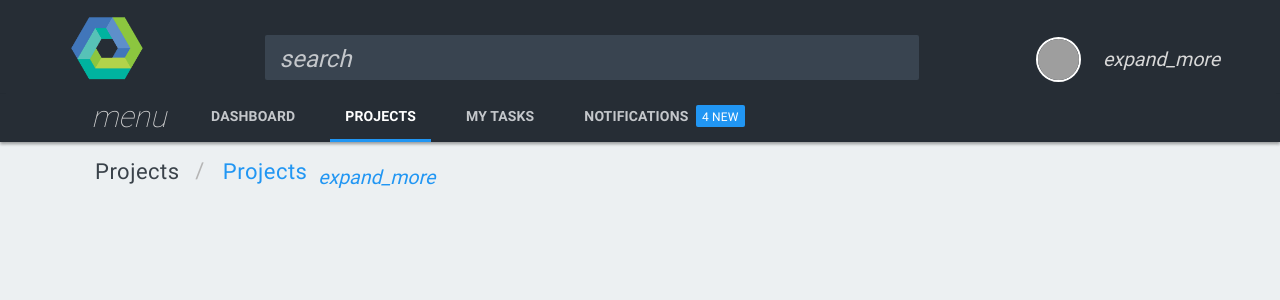
Repository: RenanChagas/ProjectManagement
Page: http://localhost/finalproject/WEB-INF/views/projectCreate.jsp
These files come from the project's save history. The page is drawn as it stood at one moment and after the next save; the edit follows.
The browser window is 1280 px wide. The pictures show the whole page.
Pictures or frames that could not be fetched are drawn as grey boxes. The page is served by Tomcat 9. Nobody is signed in. Other server files are loaded and not shown. The template is opened directly, without the code that normally fills it, so the values that code supplies are empty.

Above is the page before, as saved 2017-09-09 19:37:53.

### finalproject/src/main/webapp/WEB-INF/views/projectCreate.jsp
<%@ page language="java" contentType="text/html; charset=ISO-8859-1" pageEncoding="ISO-8859-1"%>
<%@ taglib prefix="c" uri="http://java.sun.com/jsp/jstl/core"%>
<%@ taglib prefix="form" uri="http://www.springframework.org/tags/form"%>
<%@ taglib prefix="t" uri="http://www.springframework.org/tags"%>
<%@ taglib prefix="fmt" uri="http://java.sun.com/jsp/jstl/fmt" %>

<!DOCTYPE html>
<html lang="en">
<head>
  <meta http-equiv="Content-Type" content="text/html; charset=UTF-8"/>
  <meta name="viewport" content="width=device-width, initial-scale=1, maximum-scale=1.0"/>
  <title>Project Management</title>

  <!-- CSS  -->
  <link href="https://fonts.googleapis.com/icon?family=Material+Icons" rel="stylesheet">
  <link type="text/css" rel="stylesheet" media="screen,projection" href="<c:url value='/static/css/materialize.css' />"/>
  <link type="text/css" rel="stylesheet" media="screen,projection" href="<c:url value='/static/css/custom-css.css' />"/>

  <!--  Scripts-->
  <script src="<c:url value="/static/js/jquery-2.1.1.min.js" />"></script>
  <script src="<c:url value="/static/js/materialize.js" />"></script>
  <script src="<c:url value="/static/js/menu.js" />"></script>

  <!-- Website Logo -->
  <link rel="icon" href="<c:url value="/static/images/default/logo.png"/>">

  <script>
    $(document).ready(function(){
      $('.modal').modal();
    });

  </script>

</head>
<body>

	<!-- NAV TOP  -->
	<nav id="logo_nav" class="MDC-navbar-style MDC-shadow-0 hide-on-small-and-down">
    	<div class="nav-wrapper MDC-nav-margin">
    		<!--  NAV CONTAINER -->
      		<div class="row MDC-nav-top-container ">

        	<!-- Logo -->
        	<div class="col s12 m3 l2">
          		<div class="MDC-nav-logo-position">
          			<img src="<c:url value="/static/images/default/logo.png"/>" class="MDC-nav-logo-size"/>
          		</div>
        	</div>

        	<!-- Search -->
        	<div class="col s12 m7 l7">
          		<div class="MDC-nav-search-position">
            	<form>
              		<div class="input-field">
                		<input id="search" type="search" class="MDC-nav-search-focus" required>
                		<label class="label-icon" for="search"><i class="material-icons MDC-nav-search-focus">search</i></label>
                  		<i class="material-icons MDC-nav-search-focus">close</i>
              		</div>
            	</form>
          		</div>
        	</div>

        	<!-- Avatar -->
        	<div class="col s12 m2 l3">
          		<div class="MDC-nav-account-position">
	            	<!-- Dropdown Trigger -->
	            	<a class="dropdown-button " data-beloworigin="true"
	               		href='#' data-activates='account-dropdown'>
	               		<div class="MDC-nav-account-option-position hide-on-med-and-down">
	                		 <i class="material-icons MDC-icon-small MDC-color-grey-light">expand_more</i>
	               		</div>
	               		<span class="MDC-login-text MDC-nav-account-text-position
	               					MDC-color-grey-light hide-on-med-and-down">
	                 	${user.username}
	               		</span>
	               		<img src="<c:url value="/static/images/avatar/${user.username}/${user.username}.png"/>"
	               				class="MDC-avatar-circle-small mdc-nav-avatar-position"/>
	            	</a>
	            	<!-- Dropdown Structure -->
	            	<ul id='account-dropdown' class='dropdown-content MDC-nav-account-dropdown-position'>
	              		<li><a id="profile" class="modal-trigger MDC-color-grey-dark-2 MDC-font-15" href="profile">Profile</a></li>
	              		<li><a class="MDC-color-grey-dark-2 MDC-font-15" href="#!">Report a Problem</a></li>
	              		<li class="divider"></li>
	              		<li><a class="MDC-color-grey-dark-2 MDC-font-15" href="logout">Logout</a></li>
	            	</ul>
          		</div>
        	</div>

			</div>
			<!--  NAV CONTAINER - END-->
		</div>
	</nav>
	<!-- NAV TOP - END -->

  <!-- NAV MENU  -->
  <div class="MDC-menu-fullWidth">
    <div class="MDC-shadow-bottom">
      <header class="MDC-shadow-bottom">
        <nav id="menu_nav" class="MDC-navbar-menu-size MDC-navbar-style MDC-shadow-0 MDC-nav-margin">
          <div class="nav-wrapper MDC-nav-margin MDC-left">
            <!-- MENU ROW -->
            <div class="row">
              <div class="col">
                <div class="MDC-nav-menu-container">

                  <ul id="nav-mobile" class="MDC-nav-menu-ul left left-align">
                    <a href="#" id="mobile-icon" onclick="openNav()" class="left MDC-padding-mobile-0
                    MDC-hover-none">
                      <i class="material-icons MDC-nav-tabs-icon MDC-color-grey-light">
                        menu
                      </i>
                    </a>
                    <li class="MDC-navbar-menu"><a href="dashboard">Dashboard</a></li>
                    <li class="MDC-navbar-menu"><a class="active MDC-navbar-active" href="projects">Projects</a></li>
                    <li class="MDC-navbar-menu"><a href="#!">My Tasks</a></li>
                    <li class="MDC-navbar-menu"><a  href="#!">Notifications
                      <span class="new badge MDC-notification-badge-style" data-badge-caption="">
                        <font class="MDC-font-weight-400">4 NEW</font>
                      </span>
                      </a>
                    </li>
                  </ul>
                  <div id="mySidenav" class="MDC-sidenav">
                    <a href="javascript:void(0)" class="MDC-closebtn" onclick="closeNav()">x</a>
                    <a href="#">About</a>
                    <a href="#">Services</a>
                    <a href="#">Clients</a>
                    <a href="#">Contact</a>
                  </div>

                </div>
              </div>
            </div>
            <!-- MENU ROW - END -->
          </div>
        </nav>
      </header>
    </div>
  </div>
  <!-- NAV MENU - END -->

<!-- TITLE PAGE -->
<div class="row  MDC-page-center MDC-page-container">
  <div class="col MDC-padding-0 left">
    <div class="MDC-page-title-size">
      <font class="MDC-h5-style MDC-color-grey-dark-2 MDC-display-inline">Projects</font>
      <font class="MDC-h5-style MDC-color-grey-light-2 MDC-display-inline MDC-relative
                   MDC-news-counterBar-position">/
      </font>
      <font class="MDC-h5-style MDC-color-blue MDC-display-inline">Projects</font>
      <i class="material-icons MDC-icon-small MDC-color-blue
                MDC-news-expand-icon-position MDC-relative">expand_more</i>

    </div>
  </div>

</div>


</body>
</html>

Loaded but not shown: finalproject/src/main/webapp/static/css/materialize.css (library); finalproject/src/main/webapp/static/js/jquery-2.1.1.min.js (library); finalproject/src/main/webapp/static/js/materialize.js (library); finalproject/src/main/webapp/static/js/menu.js (49 lines, source omitted); finalproject/src/main/webapp/static/css/custom-css.css (1593 lines, source omitted)

After the next save:
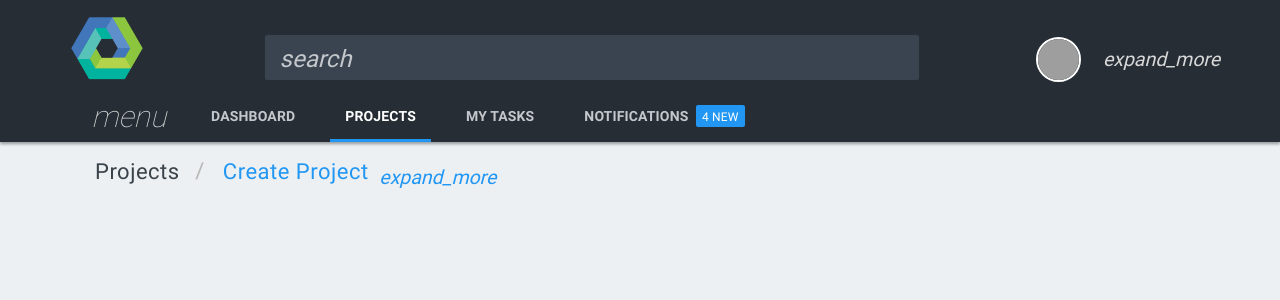
Saved 8 s later.
--- a/finalproject/src/main/webapp/WEB-INF/views/projectCreate.jsp
+++ b/finalproject/src/main/webapp/WEB-INF/views/projectCreate.jsp
@@ -147,7 +147,7 @@
       <font class="MDC-h5-style MDC-color-grey-light-2 MDC-display-inline MDC-relative
                    MDC-news-counterBar-position">/
       </font>
-      <font class="MDC-h5-style MDC-color-blue MDC-display-inline">Projects</font>
+      <font class="MDC-h5-style MDC-color-blue MDC-display-inline">Create Project</font>
       <i class="material-icons MDC-icon-small MDC-color-blue
                 MDC-news-expand-icon-position MDC-relative">expand_more</i>
 
